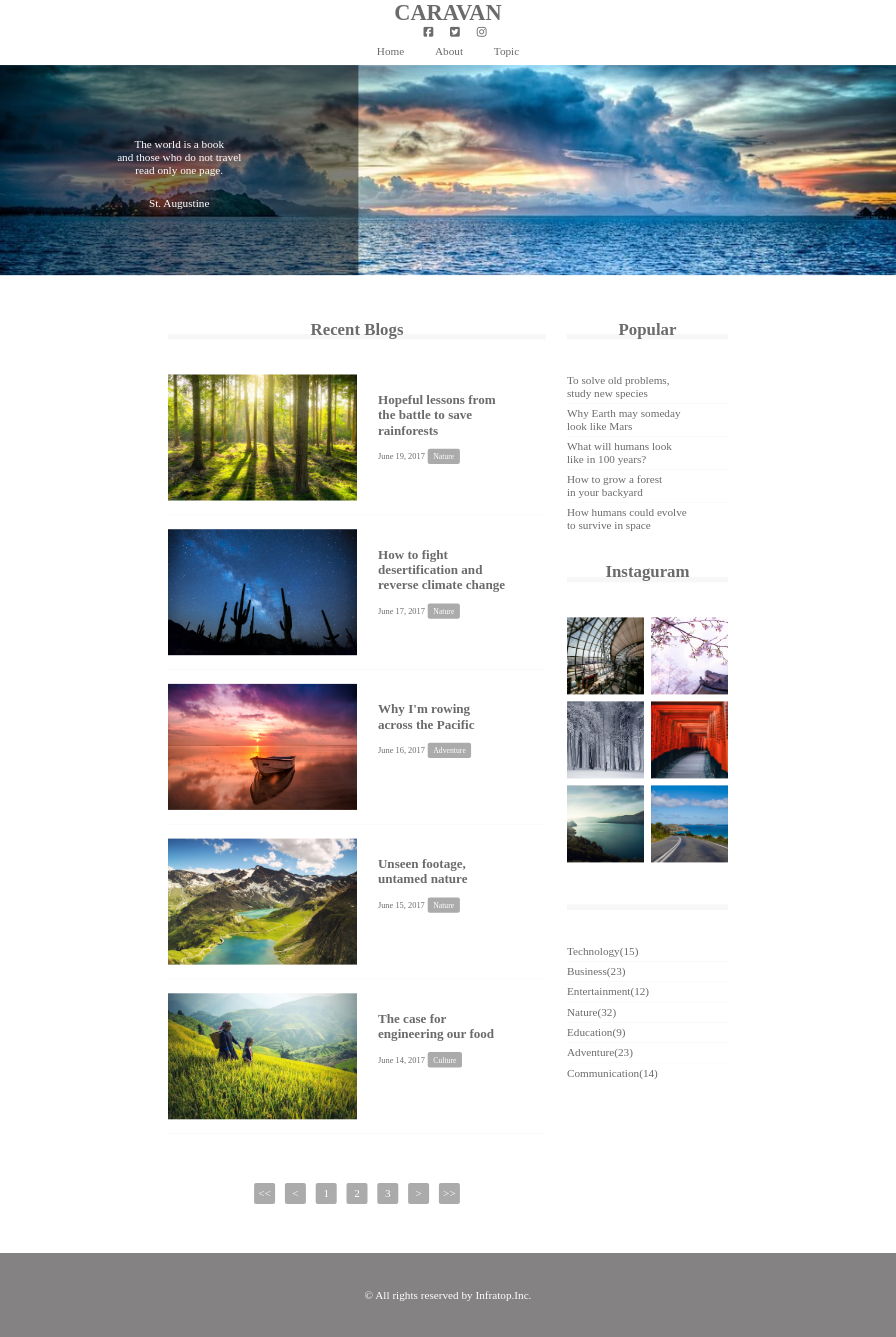
Repository: 825814/caravan2
Page: caravan/index.html
The author's editor kept a record of every edit. The page is drawn from the files as they stood at one moment, then again after the next edit.
The browser window is 1280 px wide. The pictures show the whole page, at 70% of full size.
Some web libraries are served in a nearby version.

Above is the page before.

### caravan/index.html
<!DOCTYPE html>
<html lang="ja">
  <head>
    <meta http-equiv="content-type" content="text/html; charset=utf-8" />
    <script src="https://kit.fontawesome.com/4138dbd88f.js" crossorigin="anonymous"></script>
    <link rel="stylesheet" href="style.css" />
    <title>CARAVAN</title>
  </head>

  <body>

    <header>
      <h1 class="heading">
        <a href="index.html">
        CARAVAN
        </a>
      </h1>

      <div class="social">
        <i class="fa-brands fa-square-facebook"></i>
        <i class="fa-brands fa-square-twitter"></i>
        <i class="fa-brands fa-instagram"></i>
      </div>
    </header>


    <nav>
      <ul class="nav-list">
        <li class="nav-list-item">
          <a href="index.html">Home</a>
        </li>
        <li class="nav-list-item">About</li>
        <li class="nav-list-item">Topic</li>
      </ul>
    </nav>


    <div class="main-visual">
      <div class="main-visual-content">
        <p class="main-visual-text">
          The world is a book<br />
          and those who do not travel<br />
          read only one page.
          </p>
        <p class="main-visual-name">
          St. Augustine
        </p>
      </div>
    </div>


    <main>
      <section class="blog">
        <h2 class="blog-heading">Recent Blogs</h2>
        <div class="blog-box">
          <div class="blog-item">
            <img  class="blog-image" src="img/forest.jpg">
            <section class="blog-text">
              <h3 class="blog-text-heading">
                <a href="single.html">
                 Hopeful lessons from<br>
                 the battle to save<br>
                 rainforests
                </a>
              </h3>
              <p class="blog-date">June 19, 2017</p>
              <span class="category">Nature</span>
            </section>
          </div>
          <div class="blog-item">
            <img  class="blog-image" src="img/desert.jpg">
            <section class="blog-text">
              <h3 class="blog-text-heading">
                <a href="single.html">
                 How to fight<br />
                  desertification and<br />
                  reverse climate change
                </a>
              </h3>
              <p class="blog-date">June 17, 2017</p>
              <span class="category">Nature</span>
            </section>
          </div>
          <div class="blog-item">
            <img  class="blog-image" src="img/sunset.jpg">
            <section class="blog-text">
              <h3 class="blog-text-heading">
                <a href="single.html">
                 Why I'm rowing<br />
                  across the Pacific
                </a>
              </h3>
              <p class="blog-date">June 16, 2017</p>
              <span class="category">Adventure</span>
            </section>
          </div>
          <div class="blog-item">
            <img  class="blog-image" src="img/italy.jpg">
            <section class="blog-text">
              <h3 class="blog-text-heading">
                <a href="single.html">
                Unseen footage,<br />
                  untamed nature
                </a>
              </h3>
              <p class="blog-date">June 15, 2017</p>
              <span class="category">Nature</span>
            </section>
          </div>
          <div class="blog-item">
            <img  class="blog-image" src="img/asia.jpg">
            <section class="blog-text">
              <h3 class="blog-text-heading">
                <a href="single.html">
                  The case for<br />
                  engineering our food
                </a>
              </h3>
              <p class="blog-date">June 14, 2017</p>
              <span class="category">Culture</span>
            </section>
          </div>
      </div>
      <div class="pagination">
        <P><<</P>
        <p><</p>
        <p>1</p>
        <p>2</p>
        <p>3</p>
        <p>></p>
        <p>>></p>
      </div>
    </section>
      <div class="sidebar">
        <section class="popular">
          <h2 class="popular-heading common-heading">Popular</h2>
          <div class="sidebar-contents">
            <p class="popular-text">
              To solve old problems,<br>study new species
              </p>
            <p class="popular-text">
              Why Earth may someday<br>look like Mars
              </p>
            <p class="popular-text">
              What will humans look<br>like in 100 years?
              </p>
            <p class="popular-text">
              How to grow a forest<br>in your backyard
              </p>
            <p class="popular-text">
              How humans could evolve<br>to survive in space
              </p>
          </div>
        </section>
        <section class="instagram">
          <h2 class="instagram-heading common-heading">Instaguram</h2>
          <div class="sidebar-contents">
            <div class="instagram-box"></div>
            <div class="instagram-box"></div>
            <div class="instagram-box"></div>
            <div class="instagram-box"></div>
            <div class="instagram-box"></div>
            <div class="instagram-box"></div>
          </div>
        </section>
        <section class="categories">
          <h2 class="categories-heading common-heading"></h2>
          <div class="sidebar-contents">
            <p class="categories-text">Technology(15)</p>
            <p class="categories-text">Business(23)</p>
            <p class="categories-text">Entertainment(12)</p>
            <p class="categories-text">Nature(32)</p>
            <p class="categories-text">Education(9)</p>
            <p class="categories-text">Adventure(23)</p>
            <p class="categories-text">Communication(14)</p>
          </div>
        </section>
      </div>
    </main>


    <footer>
      <p class="footer-text">© All rights reserved by Infratop.Inc.</p>
    </footer>
  </body>
</html>

### caravan/style.css
* {
  margin: 0;
  padding: 0;
  box-sizing: border-box;
  color: #6c6b6b;
}


a {
  text-decoration: none;
}

header {
  width: 90%;
  height: 15px 0;
  margin: 0 auto;
  text-align: center;
  position: relative;
}

.social i {
  display: inline-block;
  margin-left: 20px;
}
header .heading {

  font-size: 32px;
}

.nav-list {
  text-align: center;
  padding: 10px 0;
  margin:0 auto;
}

.nav-list-item {
  list-style: none;
  display: inline-block;
  margin: 0 20px;
}

.main-visual {
  width: 100%;
  height: 300px;
  background-image: url(img/mv.jpg);
  background-size: cover;
  background-position: center;
}

.main-visual-content {
  width: 40%;
  height: 300px;
  background-color: rgba(0, 0, 0 ,0.5);
  text-align: center;
  padding-top: 105px;
}

.main-visual-text {
  color: #fff;
}

.main-visual-name {
  margin-top: 30px;
  color: #fff;
}

main {
  width: 800px;
  display: flex;
  justify-content: center;
  margin: 0 auto;
  padding: 70px 0;
}

.blog {
  width: 540px;
  margin-right: 30px;
}

.blog-heading {
  border-bottom: 8px solid #f7f7f7;
  text-align: center;
  line-height: 0.6;
}

.blog-box {
  padding-top: 50px;
}

.blog-item {
  padding-bottom: 20px;
  margin-bottom: 20px;
  border-bottom: 1px solid #f7f7f7;
  display: flex;
  justify-content: flex-start;
}

.blog-image {
  height: 180px;
}

.blog-text {
  padding: 25px 0 0 30px;
}

.blog-text-heading {
  padding-bottom: 15px;
}

.blog-date {
  font-size: 12px;
  display: inline-block;
}

.category {
  display: inline-block;
  padding: 5px 8px;
  background-color: #acabab;
  border-radius: 3px;
  color: #fff;
  font-size: 11px;
}

.pagination {
  text-align: center;
  padding-top: 50px;
}

.pagination p {
  display: inline-block;
  width: 30px;
  height: 30px;
  margin: 0 5px;
  color: #fff;
  background-color: #acabab;
  border-radius: 3px;
  line-height: 30px;
}

.sidebar {
  width: 230px;
}

.common-heading {
  border-bottom: 8px solid #f7f7f7;
  text-align: center;
  line-height: 0.6;
}

.sidebar-contents {
  padding: 50px 0;
}

.popular-text,
.categories-text {
  padding-bottom: 5px;
  border-bottom: 1px solid #f7f7f7;
  margin-bottom: 5px;
}

.popular-text:last-child,
.categories-text:last-child {
  margin: 0;
  padding: 0;
  border: none;
}

.instagram .sidebar-contents {
  display: flex;
  flex-wrap:wrap;
}

.instagram-box {
  width: 110px;
  padding-top: 110px;
  background-size: cover;
  background-position: center;
  margin-bottom: 10px;
}

.instagram-box:nth-child(odd) {
  margin-right: 10px;
}

.instagram-box:nth-child(1) {
  background-image: url(img/airport.jpg);
}

.instagram-box:nth-child(2) {
  background-image: url(img/japan.jpg);
}

.instagram-box:nth-child(3) {
  background-image: url(img/snow.jpg);
}

.instagram-box:nth-child(4) {
  background-image: url(img/japan2.jpg);
}

.instagram-box:nth-child(5) {
  background-image: url(img/lake.jpg);
}

.instagram-box:nth-child(6) {
  background-image: url(img/road.jpg);
}

footer {
  width: 100%;
  height: 120px;
  text-align: center;
  line-height: 120px;
  background-color: #848282;
}

.footer-text {
  color: #fff;
}

After the next edit:
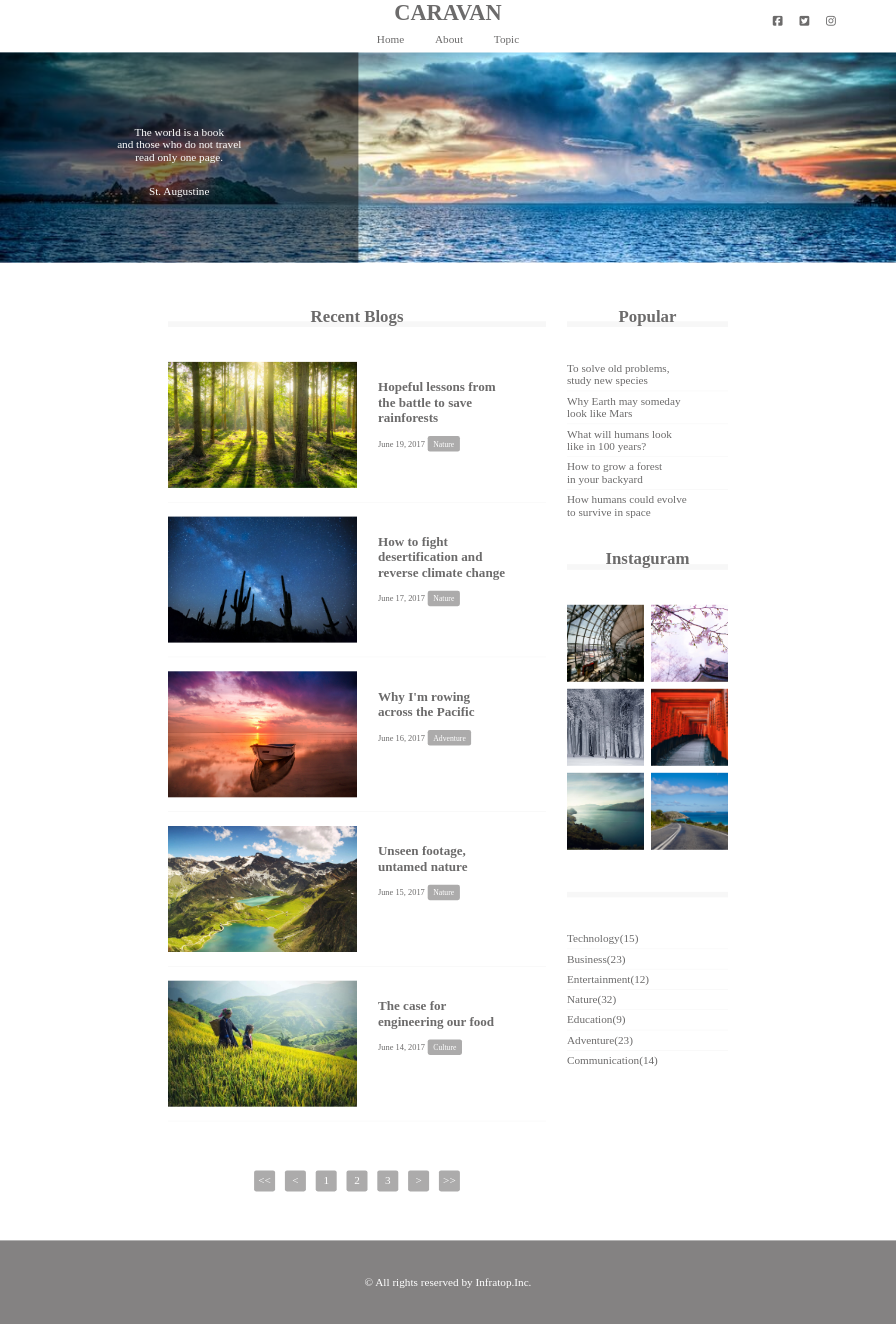
The edit:
--- a/caravan/style.css
+++ b/caravan/style.css
@@ -16,6 +16,12 @@
   margin: 0 auto;
   text-align: center;
   position: relative;
+}
+
+.social {
+  position: absolute;
+  top: 22px;
+  right: 22px;
 }
 
 .social i {
